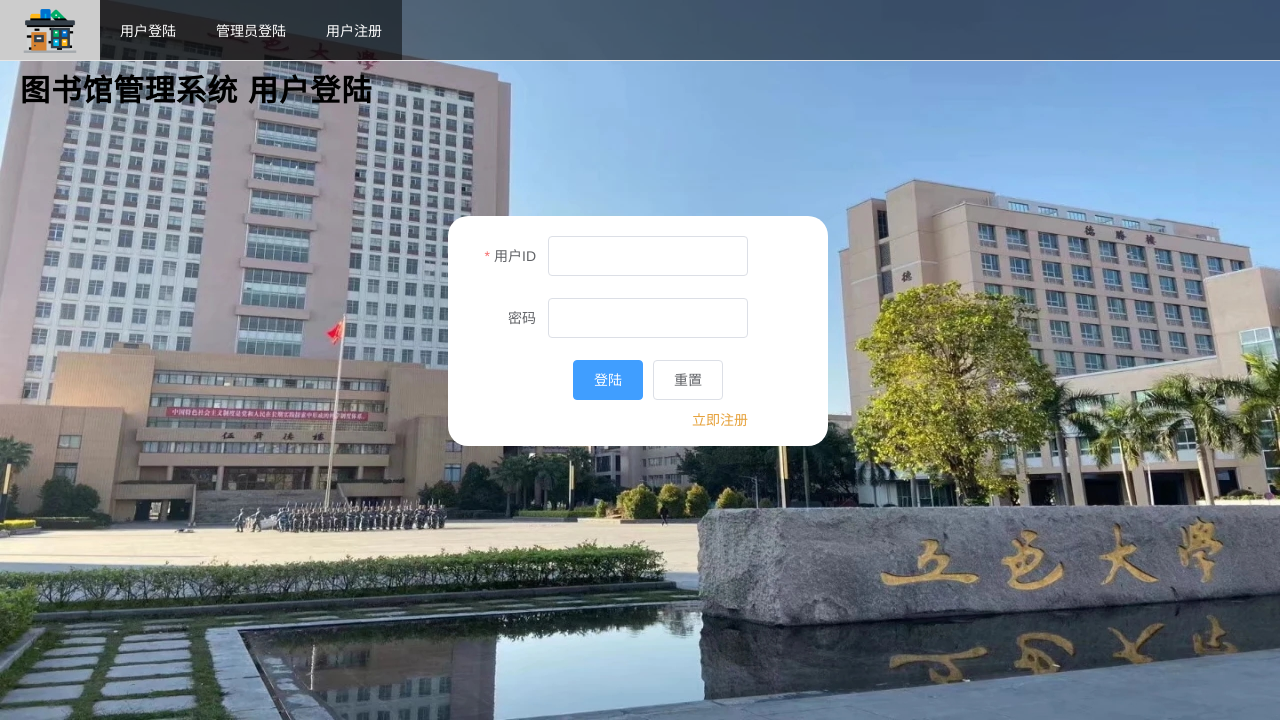
Repository: Akron-xz/helloVue
Page: /#/userLogin (app in vue-library/)
The author's editor kept a copy of each file at every save. The page is drawn from the files as they stood at one save, then again after the next save.
The browser window is 1280 px wide. The pictures show the whole page.
The project was rebuilt for these pictures with package versions that can differ from the ones it lists, and the page was loaded fresh each time. Also part of the build but not shown: vue-library/src/views/Home.vue.

Above is the page before, as saved 2020-11-24 21:17:17.

### vue-library/src/main.js
import Vue from 'vue'
import App from './App.vue'
import ElementUI from 'element-ui';
import 'element-ui/lib/theme-chalk/index.css';
import axios from "axios"
import router from './router'
import Router from 'vue-router'

const routerPush = Router.prototype.push
Router.prototype.push = function push(location) {
    return routerPush.call(this, location).catch(error => error)
}

Vue.config.productionTip = false
Vue.use(ElementUI);
Vue.prototype.$axios = axios;


new Vue({
    router,
    render: h => h(App)
}).$mount('#app')

### vue-library/src/router/index.js
import Vue from 'vue'
import VueRouter from 'vue-router'
import Home from '../views/Home.vue'


Vue.use(VueRouter)

const routes = [{
        path: '/',
        name: 'Home',
        component: Home
    },
    {
        path: '/about',
        name: 'About',
        // route level code-splitting
        // this generates a separate chunk (about.[hash].js) for this route
        // which is lazy-loaded when the route is visited.
        component: () =>
            import ( /* webpackChunkName: "about" */ '../views/About.vue')
    },
    {
        path: '/admin',
        name: 'Admin',
        // route level code-splitting
        // this generates a separate chunk (about.[hash].js) for this route
        // which is lazy-loaded when the route is visited.
        component: () =>
            import ( /* webpackChunkName: "about" */ '../views/Administrator.vue')
    },
    {
        path: "/userLogin",
        name: "UserLogin",
        component: () =>
            import ('../views/UserLogin.vue')
    },
    {
        path: "/user",
        name: "User",
        component: () =>
            import ( /* webpackChunkName: "about" */ '../views/User.vue')
    },
    {
        path: "/signup",
        name: "SignUp",
        component: () =>
            import ('../views/SignUp.vue')
    },
    {
        path: "/adminmain",
        name: "AdminMain",
        component: () =>
            import ('../views/AdminMain.vue')
    },
    {

        path: "/MyInformation",
        name: "MyInformation",
        component: () =>
            import ('../views/MyInformation.vue')
    },
    {
        path: "/library",
        name: "Library",
        component: () =>
            import ( /* webpackChunkName: "about" */ '../views/Library.vue')

    },
    {
        path: "/modifymsg",
        name: "ModifyMsg",
        component: () =>
            import ('../views/ModifyMsg.vue')
    },
    {
        path: "/borrowhistory",
        name: "BorrowHistory",
        component: () =>
            import ('../views/BorrowHistory.vue')
    },
    {
        path: "/newissue",
        name: "NewIssue",
        component: () =>
            import ('../views/NewIssue.vue')
    },
    {
        path: "/booksearch",
        name: "BookSearch",
        component: () =>
            import ('../views/BookSearch.vue')
    },
    {
        path: "/MyBookshelves",
        name: "MyBookshelves",
        component: () =>
            import ('../views/MyBookshelves.vue')
    },
    {
        path: "/modifyAnnounce",
        name: "ModifyAnnounce",
        component: () =>
            import ('../views/ModifyAnnounce.vue')
    },
    {
        path: "/statistics",
        name: "Statistics",
        component: () =>
            import ('../views/Statistics.vue')
    },


]

const router = new VueRouter({
    routes
})

export default router

### vue-library/src/views/UserLogin.vue
<template>
<div  class="login-container">
      <!-- need to change (fixed)-->
      <homeNavigation></homeNavigation>
      <el-header>图书馆管理系统  用户登陆</el-header>
      <div class="loginBox">
        <el-form :model="ruleForm" :rules="rules" ref="ruleForm" label-width="100px" class="demo-ruleForm">
          <el-form-item label="用户ID" prop="userId">
            <el-input v-model="ruleForm.userId"></el-input>
          </el-form-item>
          <el-form-item label="密码" prop="password">
            <el-input v-model="ruleForm.password" type="password"></el-input>
        </el-form-item>
        <el-form-item>
          <el-button type="primary" @click="submitForm('ruleForm')">登陆</el-button>
          <el-button @click="resetForm('ruleForm')">重置</el-button>
          <el-link type="warning" @click="toSignUp">立即注册</el-link>
        </el-form-item>
      </el-form>
    </div>


      <!-- <div class="loginBox">
        <el-form :model="ruleForm" :rules="rules" ref="ruleForm" label-width="100px" class="demo-ruleForm">
          <el-form-item label="用户名" prop="username">
            <el-input v-model="ruleForm.username"></el-input>
          </el-form-item>
          <el-form-item label="密码" prop="password">
           <el-input v-model="ruleForm.password" type="password"
              oncopy="return false"
              onpaste="return false"
              oncut="return false"></el-input>
          </el-form-item>
          <el-form-item>
            <el-button type="primary" @click="submitForm('ruleForm')">登陆</el-button>
            <el-button @click="resetForm('ruleForm')">重置</el-button>
          </el-form-item>
        </el-form>
      </div> -->

</div>
</template>


<script>
import axios from "axios"
import homeNavigation from '@/components/homeNav.vue'
export default {
    components:{
        homeNavigation
    },
    data() {
      var validatePass = (rule, value, callback) => {
        if (value === '') {
          callback(new Error('请输入密码'));
        } else {
          callback();
        }
      };

    return {
          ruleForm: {
          userId: '',
          password:'',
        },

        user:[],

        rules:{
            userId:[
                { required: true, message: '请输入用户名', trigger: 'blur'}
            ],

             password: [
            { validator: validatePass, trigger: 'blur' },
            { min: 8, max: 24,message: '长度应在 8 到 24 个字符', trigger: 'blur'}
          ],
        },
    };


    },
      methods: {
      //用户登录
      submitForm(formName) {
        this.$refs[formName].validate((valid) => {
          if (valid) {
            axios({
              method:"post",
              url:"http://localhost:8081/login",
              params : {
                id : parseInt(this.ruleForm.userId),
                password : this.ruleForm.password,
              }
            }).then(res=>{
              // 获取后台返回的数据
              // 若有就得到json，若无就得到空
              this.user = res.data;
              console.log(this.user);

              // 结果是undefined
              // 应该是数组的大小被改变后length就为undefined
              console.log(this.user.length);

              if (this.user) {
                console.log("登陆成功");
                // session保存登录的用户信息
                sessionStorage.setItem("userSession", JSON.stringify(this.user));
                // console.log(JSON.parse(sessionStorage.getItem("userSession")));

                // 路由跳转
                this.$router.push({path:'/user'});

              } else {
                this.$message({
                  message: '登录失败！请检查你的账号和密码是否正确。',
                  type: 'error'
                });
                this.ruleForm.userId = "";
                this.ruleForm.password = "";
              }
            })
          } else {
            console.log('错误的表单提交');
            return false;
          }
        });
      },
      resetForm(formName) {
        this.$refs[formName].resetFields();
      },
      toSignUp(){
            this.$router.push({path:'/SignUp'})
      },
    }

}
</script>

<style scoped>
.login-container{
    position: fixed;
    display: flex;
    flex-direction: column;
    left: 0;
    top:0;
    width: 100%;
    height: 100%;
    background-repeat: no-repeat;
    background-size: 100% 100%;
    background-image: url(/img/divBg/bg20.jpg);
}
.demo-ruleForm{
        position: absolute;
        top: 20px;
        width: 300px;
        height: 50px;
 }

.el-header {
    text-align: left;
    line-height: 60px;
    font-weight: 1000;
    font-size: 30px;
    color: black;
    letter-spacing: 0.04em;
  }

.loginBox{
  position: fixed;
  top: 30%;
  left: 35%;
  width: 380px;
  height: 230px;
  border-radius: 20px;
  background: white;
}

.el-link{
  float: right;
}

.img{
  margin-left: 100px;
  height: 100px;
  width: 1000px;
}

</style>

### vue-library/src/components/homeNav.vue
<template>

    <div class="navigation-bar">
        <el-menu
            class="el-menu-demo"
            mode="horizontal"
            @select="handleSelect"
            background-color="#00000080"
            text-color="#ffffff"
            text-font="15px"
            border="none"
            >


            <el-menu-item index="1" @click="toMain">
                <img src="/img/libraryIcon.png" alt="" target="_self" class="libraryIcon">
            </el-menu-item>

            <el-menu-item index="2" @click="toLogin">
                <a  target="_self"  >用户登陆</a>
            </el-menu-item>

            <el-menu-item index="3" @click="toAdministrator">
                <a  target="_self">管理员登陆</a>
            </el-menu-item>

            <el-menu-item index="4" @click="toSignUp">
                <a  target="_self">用户注册</a>
            </el-menu-item>

            <!-- <el-menu-item index="5" @click="toLibrary">
                <a  target="_self">图书馆</a>
            </el-menu-item> -->

            <!-- <el-menu-item index="6" class="exitIcon">
                <img src="/img/logoutIcon.png" alt="" target="_self" class="logoutIcon">
            </el-menu-item> -->

            <!-- <el-menu-item index="6" @click="toMain">
                <a  target="_self">返回主页</a>
            </el-menu-item> -->
        </el-menu>

    </div>
</template>

<script>
export default {
    name:"Nav",
    data() {
      return {
        activeIndex: '1'
      }
    },
    methods: {
    handleSelect(key, keyPath) {
      console.log(key, keyPath);
    },
    toMain(){
      this.$router.push({path:'/'});
    },

    toLogin(){
      this.$router.push({path:'/UserLogin'});
    },
    toAdministrator(){
      this.$router.push({path:'/Admin'});
    },
    toSignUp(){
      this.$router.push({path:'/SignUp'});
    },




  },

}
</script>>

<style scoped>
.libraryIcon{
  height: 60px;
  width: 60px;
}

.exitIcon{
  float: right;
}

.logoutIcon{
  height: 40px;
  width: 40px;
}

</style>>

Loaded but not shown: vue-library/public/index.html (common file); vue-library/src/App.vue (common file)

After the next save:
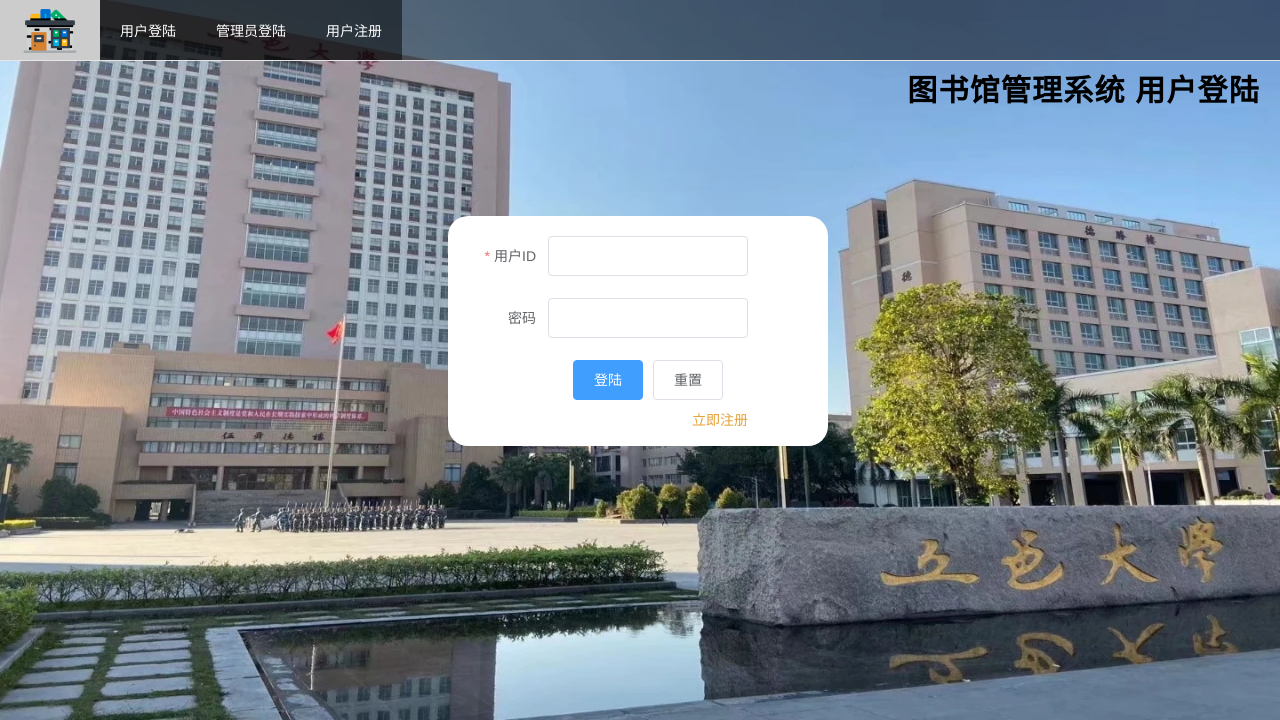
Saved 15 s later.
--- a/vue-library/src/views/UserLogin.vue
+++ b/vue-library/src/views/UserLogin.vue
@@ -158,7 +158,7 @@ export default {
  }
 
 .el-header {
-    text-align: left;
+    text-align: right;
     line-height: 60px;
     font-weight: 1000;
     font-size: 30px;
